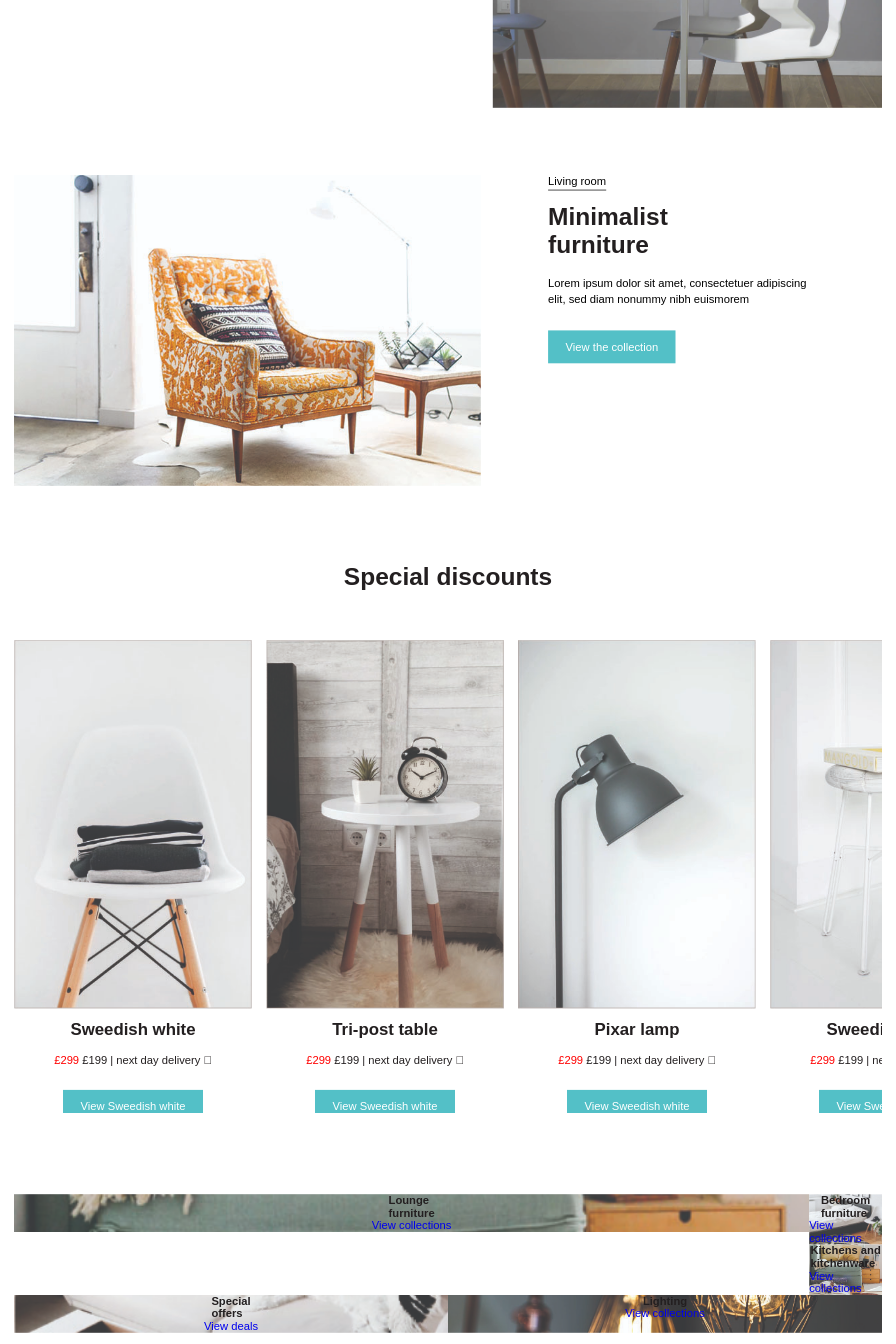
Repository: dinhhaidh/republic-web
Page: index.html
An editor plug-in stored every save of this project. The page is shown before and after the next save, followed by the edit.
The browser window is 1280 px wide. The pictures show the part of the page from y = 470 to 2390 px (the page is 3457 px tall before and 3384 px after), at 70% of full size.
Some web fonts or font styles are not loaded; a fallback is used. Some web libraries are served in a nearby version.

Above is the page before, as saved 2024-01-26 08:51:08.

After the next save:
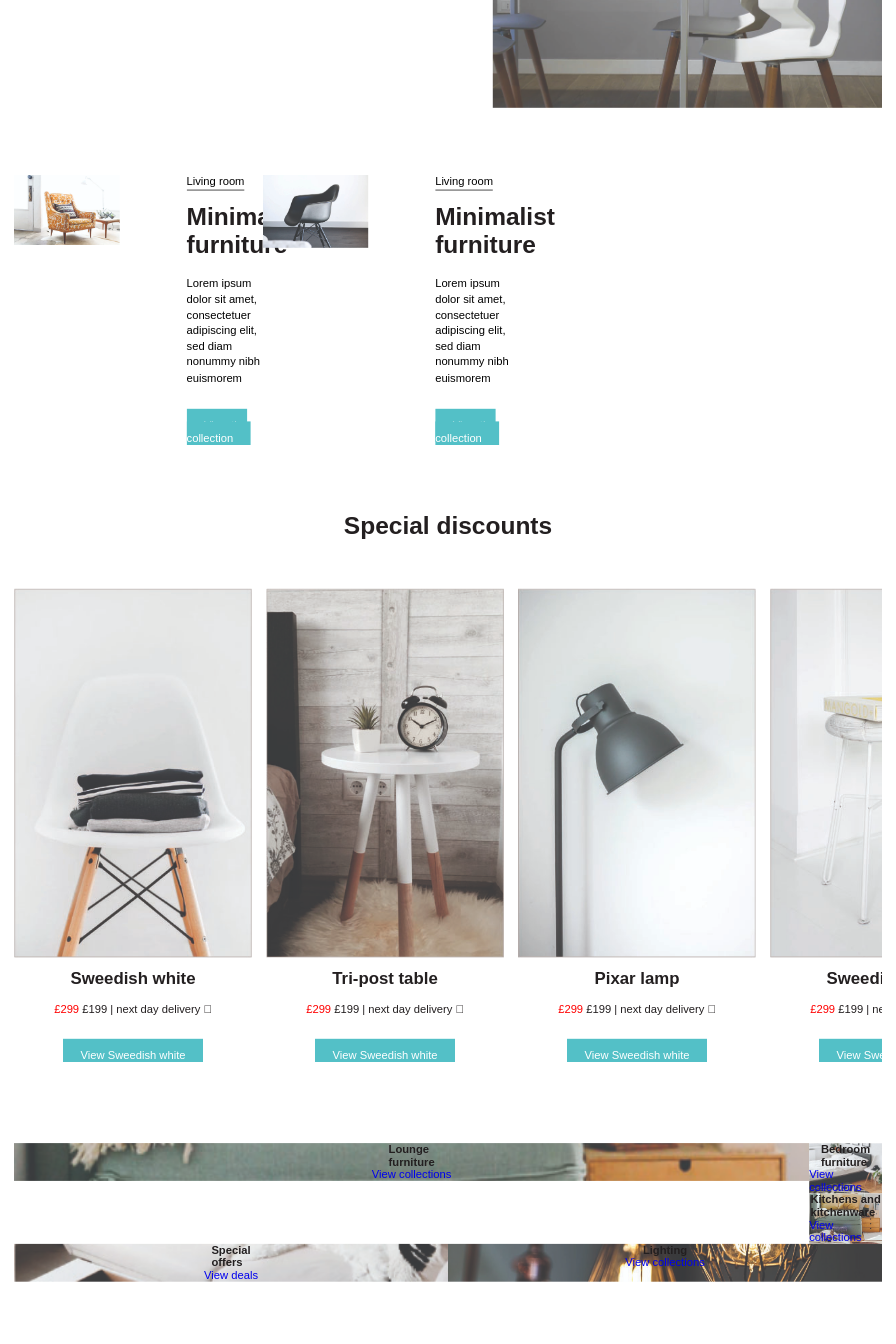
Saved 41 s later.
--- a/js/main.js
+++ b/js/main.js
@@ -93,6 +93,9 @@
 
 // bedoom
 var swiper = new Swiper(".bedroom__container ", {
+  slidesPerView: 3.5,
+  spaceBetween: 3,
+  grabCursor: true,
   navigation: {
     nextEl: ".swiper-button-next",
     prevEl: ".swiper-button-prev",

After the save that followed:
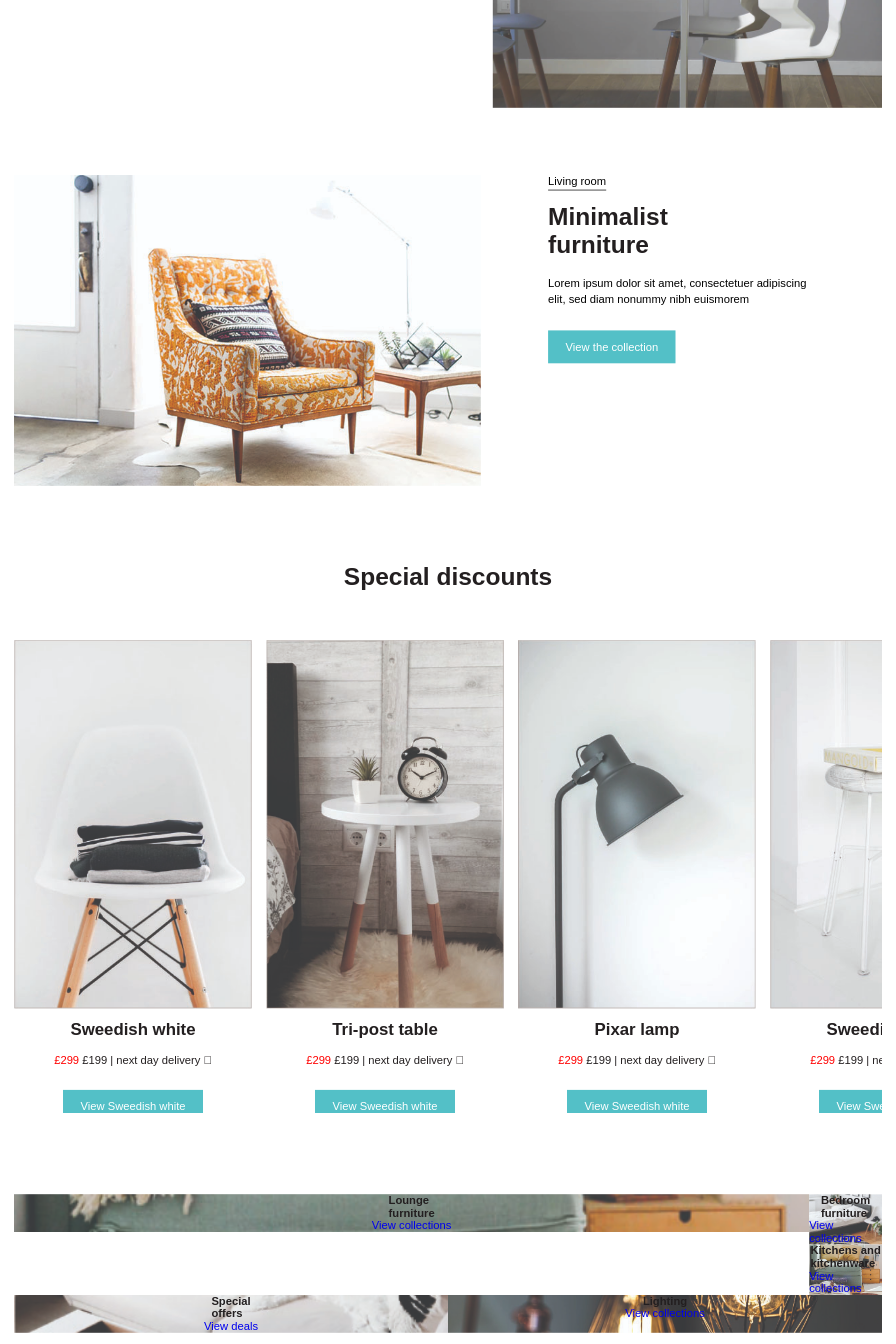
Saved 4 s later.
--- a/js/main.js
+++ b/js/main.js
@@ -93,7 +93,7 @@
 
 // bedoom
 var swiper = new Swiper(".bedroom__container ", {
-  slidesPerView: 3.5,
+  slidesPerView: 1,
   spaceBetween: 3,
   grabCursor: true,
   navigation: {
